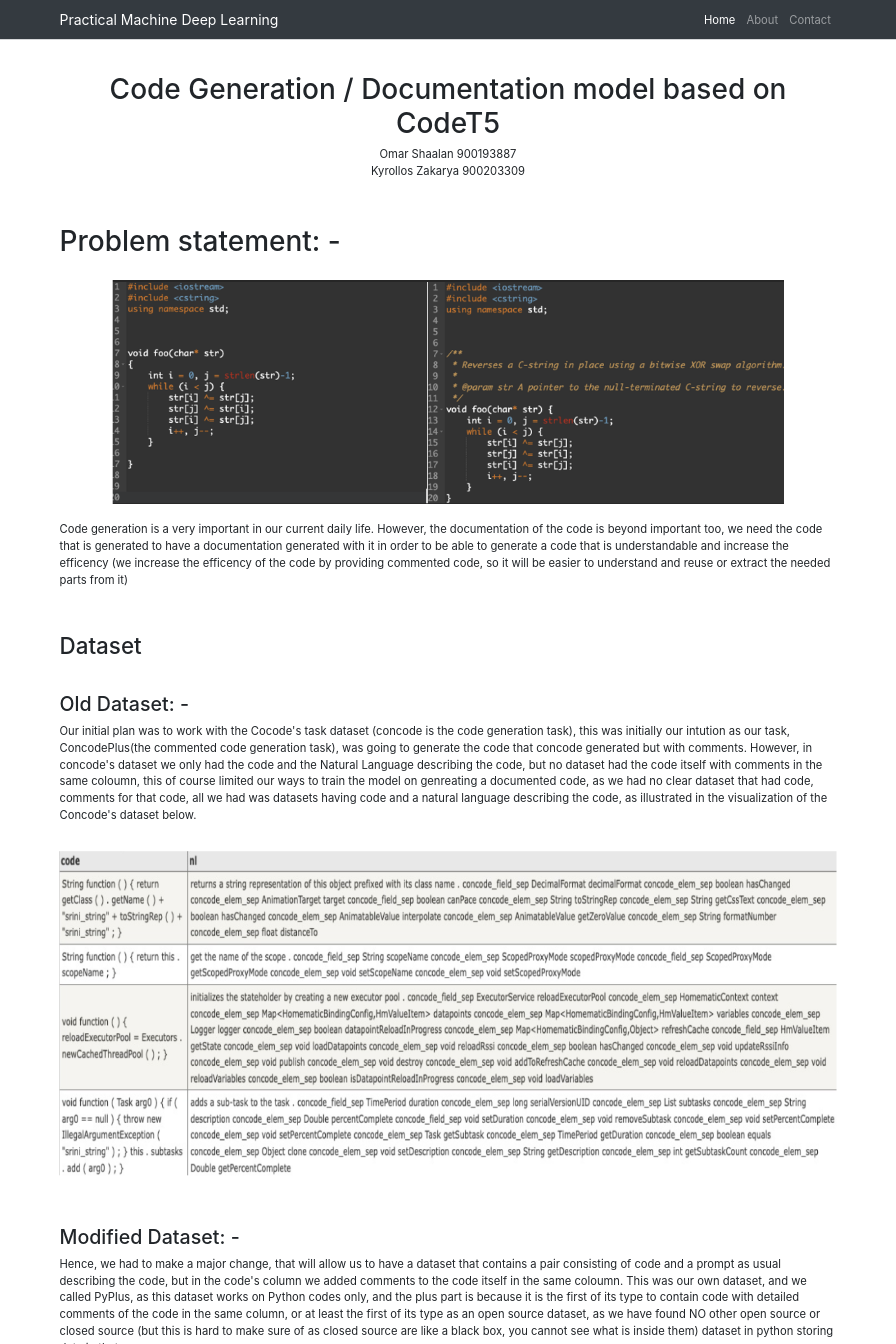
Repository: Shaalan-omar/ConcodePlus
Page: team-specific/index.html
The author's editor kept a copy of each file at every save. The page is drawn from the files as they stood at one save, then again after the next save.
The browser window is 1280 px wide. The pictures show the part of the page from y = 0 to 1920 px (the page is 10162 px tall), at 70% of full size.

Above is the page before, as saved 2023-05-14 11:24:48.

After the next save:
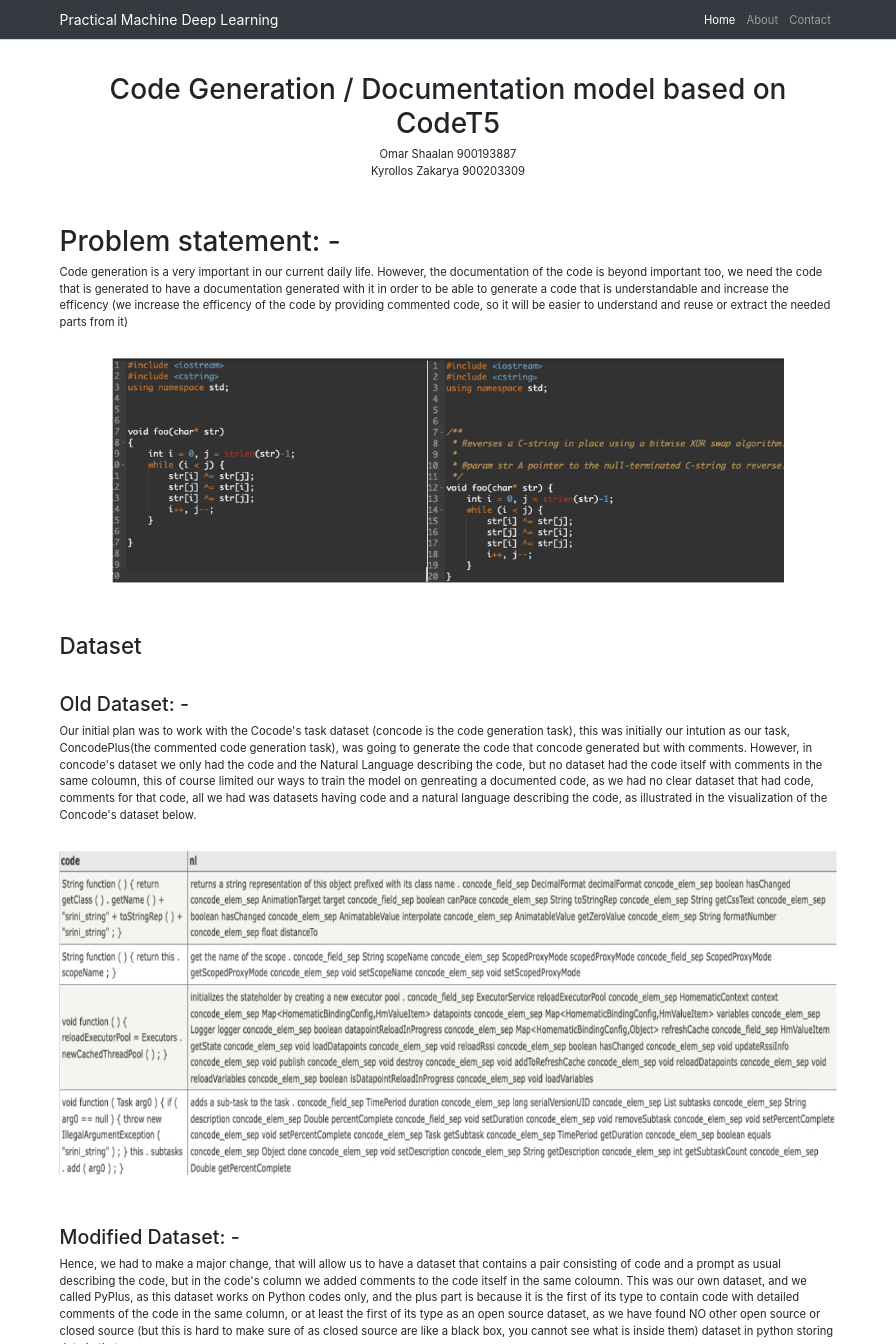
Saved 16 s later.
--- a/team-specific/index.html
+++ b/team-specific/index.html
@@ -62,19 +62,19 @@
         <h1>
           Problem statement: -
            </h1>
-
+           <p>
+            Code generation is a very important in our current daily life. However, the documentation of the code is beyond important too,
+            we need the code that is generated to have a documentation generated with it in order to be able to generate a code that is understandable
+            and increase the efficency (we increase the efficency of the code by providing commented code, so it will be easier to understand and reuse or extract the
+             needed parts from it)
+          </p>
        <br/> <!-- Empty Line before the image -->
          <div class="img-container" align="center"> <!-- Block parent element -->
              <img src="resources/images/Screen Shot 2023-05-14 at 12.21.35 PM.png" class="img-fluid text-center">
          </div>
 
          <br/> <!-- Empty Line after the image -->
-     <p>
-			Code generation is a very important in our current daily life. However, the documentation of the code is beyond important too,
-      we need the code that is generated to have a documentation generated with it in order to be able to generate a code that is understandable
-      and increase the efficency (we increase the efficency of the code by providing commented code, so it will be easier to understand and reuse or extract the
-       needed parts from it)
-		</p>
+
       </div>
     </div>
 
